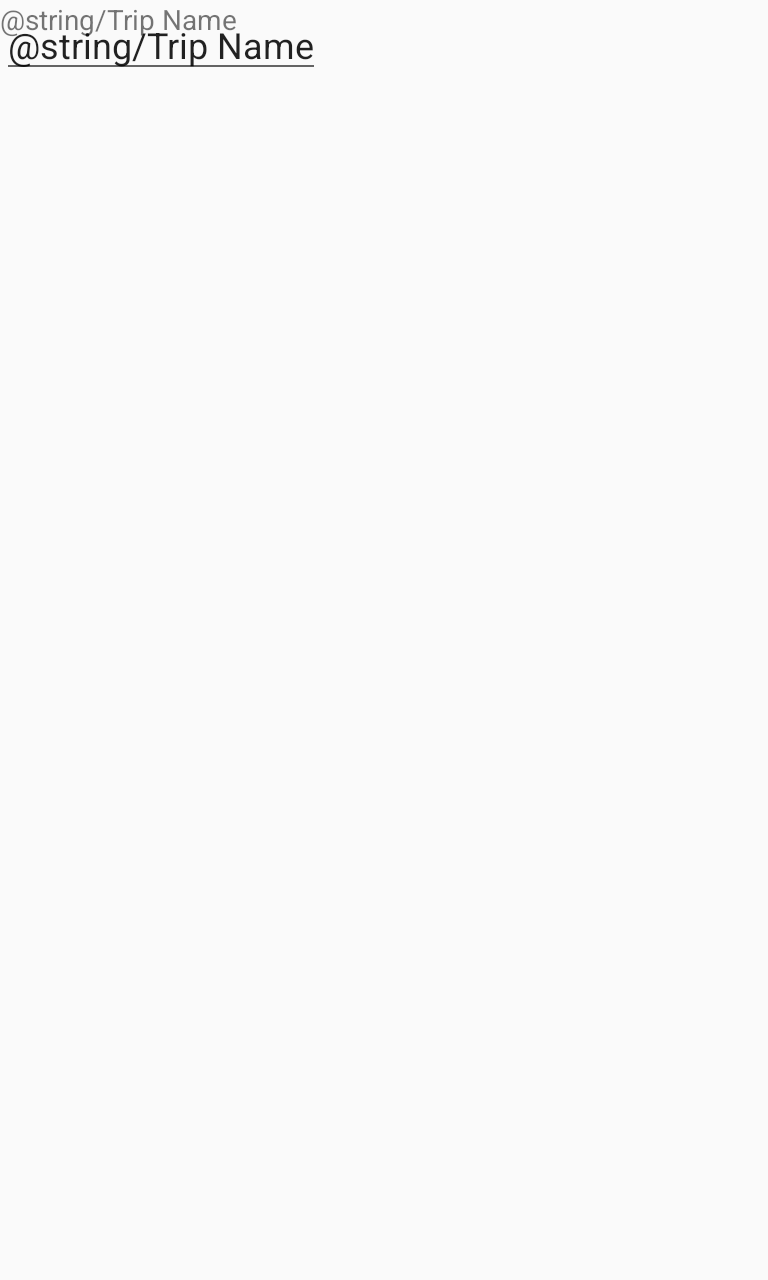
Repository: bandikishores/ShareMyTrip
Layout: ShareMyTrip/res/layout/activity_add_trip.xml
These files come from the project's save history. The layout is drawn as it stood at one moment and after the next save; the edit follows.
It is drawn on a 768 x 1280 px phone screen (xhdpi) without system bars, with theme AppTheme; the app's code is not run.

Above is the layout before, as saved 2014-12-25 13:25:23.

After the next save:
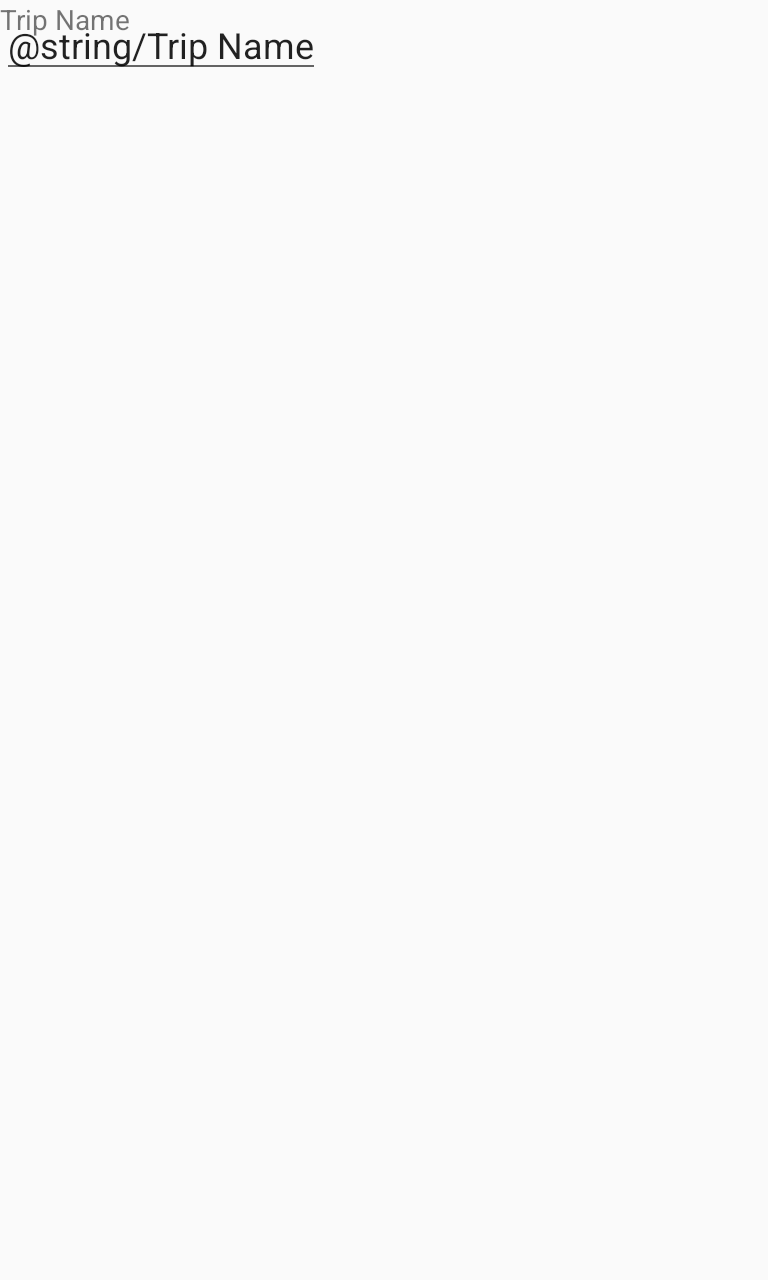
Saved 14 s later.
--- a/ShareMyTrip/res/layout/activity_add_trip.xml
+++ b/ShareMyTrip/res/layout/activity_add_trip.xml
@@ -12,7 +12,7 @@
     <TextView
         android:layout_width="wrap_content"
         android:layout_height="wrap_content"
-        android:text="@string/Trip Name" />
+        android:text="@string/trip_name" />
 
     <EditText android:inputType="text"
         android:layout_width="wrap_content"
